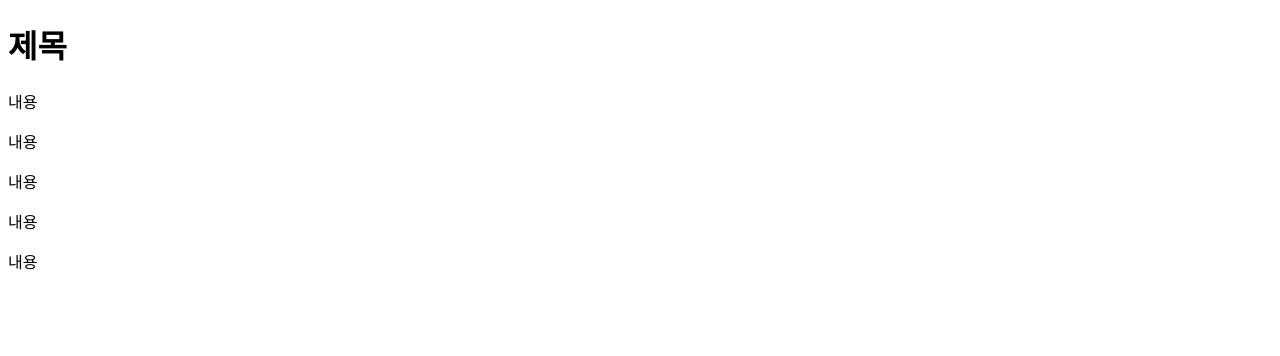
Repository: jinliuli/SIST_server
Page: http://localhost/JSPTest/ex03.jsp
The author's editor kept a copy of each file at every save. The page is drawn from the files as they stood at one save, then again after the next save.
The browser window is 1280 px wide. The pictures show the whole page.
The page is served by Tomcat 9.

Above is the page before, as saved 2024-09-13 07:04:56.

### JSPTest/src/main/webapp/ex03.jsp
<%@ page language="java" contentType="text/html; charset=UTF-8"
    pageEncoding="UTF-8"%>
<!DOCTYPE html>
<html>
<head>
<meta charset="UTF-8">
<title>Insert title here</title>
</head>
<body>
	<!-- ex03.jsp -->
	<h1>제목</h1>

	<p>내용</p>
	<p>내용</p>
	<p>내용</p>
	<p>내용</p>
	<p>내용</p>

</body>
</html>

After the next save:
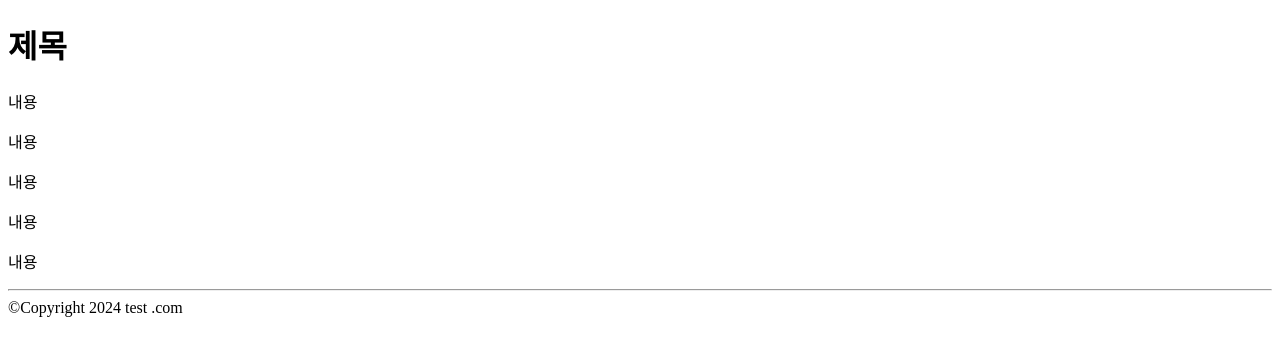
Saved 97 s later.
--- a/JSPTest/src/main/webapp/ex03.jsp
+++ b/JSPTest/src/main/webapp/ex03.jsp
@@ -16,5 +16,10 @@
 	<p>내용</p>
 	<p>내용</p>
 
+	<hr>
+	<div>
+		&copy;Copyright 2024 test .com
+	</div>
+
 </body>
 </html>
